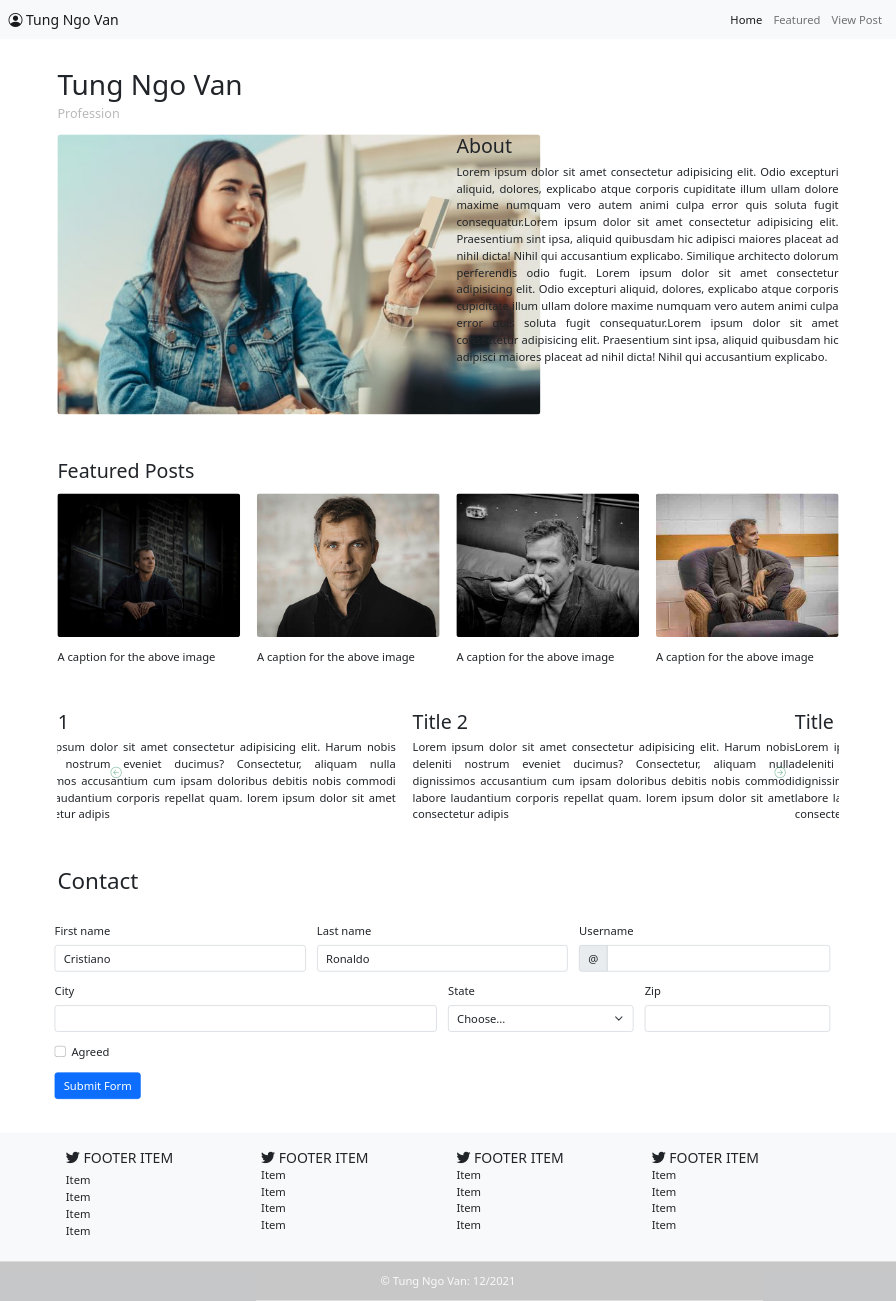
Repository: nvt01/72_1951061106_NgoVanTung
Page: BaiTh1/index.html
The author's editor kept a copy of each file at every save. The page is drawn from the files as they stood at one save, then again after a run of saves.
The browser window is 1280 px wide. The pictures show the whole page, at 70% of full size.
Some web libraries are served in a nearby version.

Above is the page before, as saved 2021-12-02 14:18:13.

### BaiTh1/index.html
<!DOCTYPE html>
<html lang="en">
<head>
    <meta charset="UTF-8">
    <meta http-equiv="X-UA-Compatible" content="IE=edge">
    <meta name="viewport" content="width=device-width, initial-scale=1.0">
    <title>Blog</title>
    <link rel="stylesheet" href="style.css">
    <link rel="stylesheet" href="https://cdn.jsdelivr.net/npm/bootstrap-icons@1.7.1/font/bootstrap-icons.css">
    <link href="https://cdn.jsdelivr.net/npm/bootstrap@5.1.3/dist/css/bootstrap.min.css" rel="stylesheet" integrity="sha384-1BmE4kWBq78iYhFldvKuhfTAU6auU8tT94WrHftjDbrCEXSU1oBoqyl2QvZ6jIW3" crossorigin="anonymous">
    <script src="https://cdn.jsdelivr.net/npm/bootstrap@5.1.3/dist/js/bootstrap.bundle.min.js" integrity="sha384-ka7Sk0Gln4gmtz2MlQnikT1wXgYsOg+OMhuP+IlRH9sENBO0LRn5q+8nbTov4+1p" crossorigin="anonymous"></script>
</head>
<body>
    <div class="menu">
        <nav class="navbar navbar-expand-lg navbar-light bg-light">
            <div class="container-fluid">
                <a class="navbar-brand" href="#">
                    <i class="bi bi-person-circle"></i>
                    Tung Ngo Van
                </a>
                <button class="navbar-toggler" type="button" data-bs-toggle="collapse" data-bs-target="#navbarSupportedContent" aria-controls="navbarSupportedContent" aria-expanded="false" aria-label="Toggle navigation">
                    <span class="navbar-toggler-icon"></span>
                </button>
                <div class=" collapse navbar-collapse" id="navbarSupportedContent">
                    <ul class="navbar-nav ms-auto mb-2 mb-lg-0">
                        <li class="nav-item">
                            <a class="nav-link active" aria-current="page" href="#">Home</a>
                        </li>
                        <li class="nav-item">
                            <a class="nav-link" href="#">Featured</a>
                        </li>
                        <li class="nav-item">
                            <a class="nav-link" href="#">View Post</a>
                        </li>
                    </ul>
                </div>
            </div>
        </nav>
    </div>

    <div class="main">
        <div class="container">
            <div class="row">
                <h1 class="h1">Tung Ngo Van</h1>
                <h3 class="h3">Profession</h3>
                <div class="col-12 col-sm-12 col-xl-6">
                    <img class="main-picture mb-3" src="./img/img1.jpeg" alt="" class="img-fluid rounded">
                </div>
                <div class="col-12 col-sm-12 col-xl-6 content">
                    <h3>About</h3>
                    <span>Lorem ipsum dolor sit amet consectetur adipisicing elit. Odio excepturi aliquid, dolores, explicabo atque corporis cupiditate illum ullam dolore maxime numquam vero autem animi culpa error quis soluta fugit consequatur.Lorem ipsum dolor sit amet consectetur adipisicing elit. Praesentium sint ipsa, aliquid quibusdam hic adipisci maiores placeat ad nihil dicta! Nihil qui accusantium explicabo. Similique architecto dolorum perferendis odio fugit. Lorem ipsum dolor sit amet consectetur adipisicing elit. Odio excepturi aliquid, dolores, explicabo atque corporis cupiditate illum ullam dolore maxime numquam vero autem animi culpa error quis soluta fugit consequatur.Lorem ipsum dolor sit amet consectetur adipisicing elit. Praesentium sint ipsa, aliquid quibusdam hic adipisci maiores placeat ad nihil dicta! Nihil qui accusantium explicabo.</span>
                </div>
            </div>
            <div class="row">
                <h3 class="mt-5 mb-3">Featured Posts</h3>
                <div class="col-12 col-md-6 col-xs-12 col-lg-3">
                    <img class="img-fluid rounded mb-3" src="./img/img2.jpeg" alt="">
                    <p>A caption for the above image</p>
                </div>
                <div class="col-12 col-md-6 col-xs-12 col-lg-3">
                    <img class="img-fluid rounded mb-3" src="./img/img3.jpeg" alt="">
                    <p>A caption for the above image</p>
                </div>
                <div class="col-12 col-md-6 col-xs-12 col-lg-3">
                    <img class="img-fluid rounded mb-3" src="./img/img5.jpeg" alt="">
                    <p>A caption for the above image</p>
                </div>
                <div class="col-12 col-md-6 col-xs-12 col-lg-3">
                    <img class="img-fluid rounded mb-3" src="./img/img6.jpeg" alt="">
                    <p>A caption for the above image</p>
                </div>
            </div>
        </div>
    </div>

    <div class="title mt-5">
        <div class="container">
            <div id="carouselExampleControls" class="carousel slide" data-bs-ride="carousel">
                <div class="carousel-inner">
                    <div class="carousel-item active">
                        <div class="row">
                            <div class="col-md-6">
                                <div class="singer-box content">
                                    <h3>Title 1</h3>
                                    <p class="title-text">Lorem ipsum dolor sit amet consectetur adipisicing elit. Harum nobis deleniti nostrum eveniet ducimus? Consectetur, aliquam nulla dignissimos accusantium cum ipsam doloribus debitis nobis commodi labore laudantium corporis repellat quam. lorem ipsum dolor sit amet consectetur adipis</p>
                                </div>
                            </div>
                            <div class="col-md-6">
                                <div class="singer-box content">
                                    <h3>Title 2</h3>
                                    <p class="title-text">Lorem ipsum dolor sit amet consectetur adipisicing elit. Harum nobis deleniti nostrum eveniet ducimus? Consectetur, aliquam nulla dignissimos accusantium cum ipsam doloribus debitis nobis commodi labore laudantium corporis repellat quam. lorem ipsum dolor sit amet consectetur adipis</p>
                                </div>
                            </div>
                        </div>
                    </div>

                    <div class="carousel-item">
                        <div class="row">
                            <div class="col-md-6">
                                <div class="singer-box content">
                                    <h3>Title 3</h3>
                                    <p class="title-text">Lorem ipsum dolor sit amet consectetur adipisicing elit. Harum nobis deleniti nostrum eveniet ducimus? Consectetur, aliquam nulla dignissimos accusantium cum ipsam doloribus debitis nobis commodi labore laudantium corporis repellat quam. lorem ipsum dolor sit amet consectetur adipis</p>
                                </div>
                            </div>
                            <div class="col-md-6">
                                <div class="singer-box content">
                                    <h3>Title 4</h3>
                                    <p class="title-text">Lorem ipsum dolor sit amet consectetur adipisicing elit. Harum nobis deleniti nostrum eveniet ducimus? Consectetur, aliquam nulla dignissimos accusantium cum ipsam doloribus debitis nobis commodi labore laudantium corporis repellat quam. lorem ipsum dolor sit amet consectetur adipis</p>
                                </div>
                            </div>
                        </div>
                    </div>
                </div>
                <button class="carousel-control-prev" type="button" data-bs-target="#carouselExampleControls" data-bs-slide="prev">
                    <i class="bi bi-arrow-left-circle text-success"></i>
                    <span class="visually-hidden">Previous</span>
                </button>
                <button class="carousel-control-next" type="button" data-bs-target="#carouselExampleControls" data-bs-slide="next">
                    <i class="bi bi-arrow-right-circle text-success"></i>
                    <span class="visually-hidden">Next</span>
                </button>
            </div>
        </div>
    </div>

    <div class="contact mt-5 mb-5">
        <div class="container">
            <div class="row">
                <h2>Contact</h2>
                <form class="row g-3 needs-validation" novalidate>
                    <div class="col-md-4">
                        <label for="validationCustom01" class="form-label">First name</label>
                        <input type="text" class="form-control" id="validationCustom01" value="Cristiano" required>
                        <div class="valid-feedback">
                            Looks good!
                        </div>
                    </div>
                    <div class="col-md-4">
                        <label for="validationCustom02" class="form-label">Last name</label>
                        <input type="text" class="form-control" id="validationCustom02" value="Ronaldo" required>
                        <div class="valid-feedback">
                            Looks good!
                        </div>
                    </div>
                    <div class="col-md-4">
                        <label for="validationCustomUsername" class="form-label">Username</label>
                        <div class="input-group has-validation">
                            <span class="input-group-text" id="inputGroupPrepend">@</span>
                            <input type="text" class="form-control" id="validationCustomUsername" aria-describedby="inputGroupPrepend" required>
                            <div class="invalid-feedback">
                            Please choose a username.
                            </div>
                        </div>
                    </div>
                    <div class="col-md-6">
                        <label for="validationCustom03" class="form-label">City</label>
                        <input type="text" class="form-control" id="validationCustom03" required>
                        <div class="invalid-feedback">
                            Please provide a valid city.
                        </div>
                    </div>
                    <div class="col-md-3">
                        <label for="validationCustom04" class="form-label">State</label>
                        <select class="form-select" id="validationCustom04" required>
                            <option selected disabled value="">Choose...</option>
                            <option>...</option>
                        </select>
                        <div class="invalid-feedback">
                            Please select a valid state.
                        </div>
                    </div>
                    <div class="col-md-3">
                        <label for="validationCustom05" class="form-label">Zip</label>
                        <input type="text" class="form-control" id="validationCustom05" required>
                        <div class="invalid-feedback">
                            Please provide a valid zip.
                        </div>
                    </div>
                    <div class="col-12">
                        <div class="form-check">
                            <input class="form-check-input" type="checkbox" value="" id="invalidCheck" required>
                            <label class="form-check-label" for="invalidCheck">
                            Agreed
                            </label>
                        <div class="invalid-feedback">
                            You must agree before submitting.
                        </div>
                    </div>
                    </div>
                    <div class="col-12">
                        <button class="btn btn-primary" type="submit">Submit Form</button>
                    </div>
                </form>
            </div>
        </div>
    </div>
    <footer class="bg-light text-center text-lg-start">
        <div class="container p-4">
            <div class="row">
            <div class="col-lg-3 col-md-6 mb-4 mb-md-0">
                <h5 class="text-uppercase">
                    <i class="bi bi-twitter"></i>
                    Footer Item
                </h5>
                <ul class="list-unstyled mb-0">
                <li>
                    <a href="#!" class="text-dark">Item</a>
                </li>
                <li>
                    <a href="#!" class="text-dark">Item</a>
                </li>
                <li>
                    <a href="#!" class="text-dark">Item</a>
                </li>
                <li>
                    <a href="#!" class="text-dark">Item</a>
                </li>
                </ul>
            </div>

            <div class="col-lg-3 col-md-6 mb-4 mb-md-0">
                <h5 class="text-uppercase mb-0">
                    <i class="bi bi-twitter"></i>
                    Footer Item
                </h5>
                <ul class="list-unstyled">
                <li>
                    <a href="#!" class="text-dark">Item</a>
                </li>
                <li>
                    <a href="#!" class="text-dark">Item</a>
                </li>
                <li>
                    <a href="#!" class="text-dark">Item</a>
                </li>
                <li>
                    <a href="#!" class="text-dark">Item</a>
                </li>
                </ul>
            </div>

            <div class="col-lg-3 col-md-6 mb-4 mb-md-0">
                <h5 class="text-uppercase mb-0">
                    <i class="bi bi-twitter"></i>
                    Footer Item
                </h5>
                <ul class="list-unstyled mb-0">
                <li>
                    <a href="#!" class="text-dark">Item</a>
                </li>
                <li>
                    <a href="#!" class="text-dark">Item</a>
                </li>
                <li>
                    <a href="#!" class="text-dark">Item</a>
                </li>
                <li>
                    <a href="#!" class="text-dark">Item</a>
                </li>
                </ul>
            </div>

            <div class="col-lg-3 col-md-6 mb-4 mb-md-0">
                <h5 class="text-uppercase mb-0">
                    <i class="bi bi-twitter"></i>
                    Footer Item
                </h5>
                <ul class="list-unstyled">
                <li>
                    <a href="#!" class="text-dark">Item</a>
                </li>
                <li>
                    <a href="#!" class="text-dark">Item</a>
                </li>
                <li>
                    <a href="#!" class="text-dark">Item</a>
                </li>
                <li>
                    <a href="#!" class="text-dark">Item</a>
                </li>
                </ul>
            </div>
            </div>
        </div>
        <div class="text-center p-3" style="background-color: rgba(0, 0, 0, 0.2);">
            <span class="text-light">© Tung Ngo Van:</span>
            <a class="text-light" href="https://mdbootstrap.com/">12/2021</a>
        </div>
        </footer>
</body>
</html>

### BaiTh1/style.css
* {
    margin: 0;
    padding: 0;
    box-sizing: border-box;
}

:root {
    --text-color: rgb(187, 184, 184);
}

.navbar {
    margin-bottom: 40px;
}

.content {
    text-align: justify;
}

.container .h1 {
    font-weight: 400;
}

.container .h3 {
    padding-bottom: 10px;
    color: var(--text-color);
    font-size: 18px;
}

.main-picture {
    border-radius: 5px;
}

.text-center a {
    text-decoration: none;
    color: var(--text-color);
}

/* .container img {
    width: 100%;
} */

.main .main-picture {
}

After the next 3 saves:
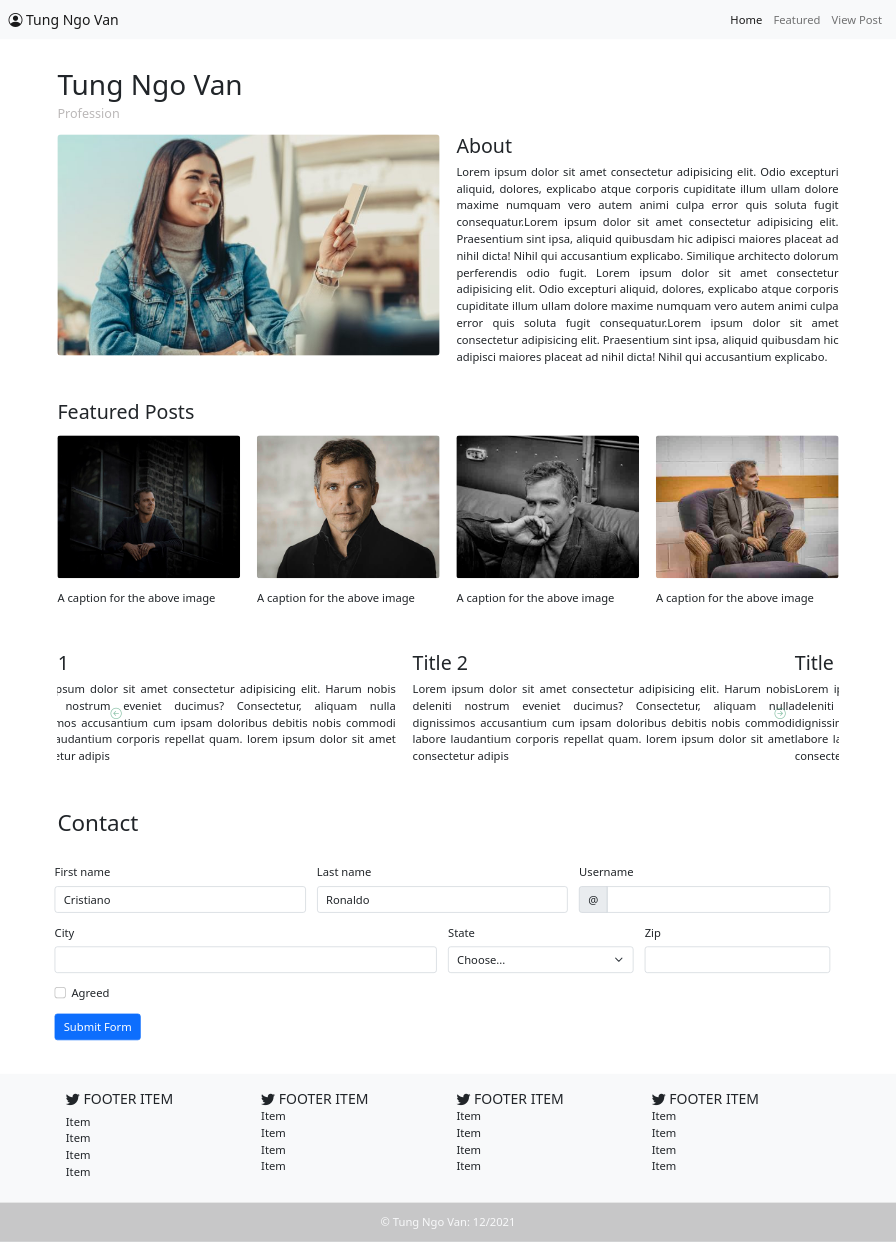
The 3 saves are shown as one change because they came seconds apart.
The last was saved 6 s later.
--- a/BaiTh1/style.css
+++ b/BaiTh1/style.css
@@ -28,6 +28,7 @@
 
 .main-picture {
     border-radius: 5px;
+    width: 100%;
 }
 
 .text-center a {
@@ -38,6 +39,3 @@
 /* .container img {
     width: 100%;
 } */
-
-.main .main-picture {
-}
